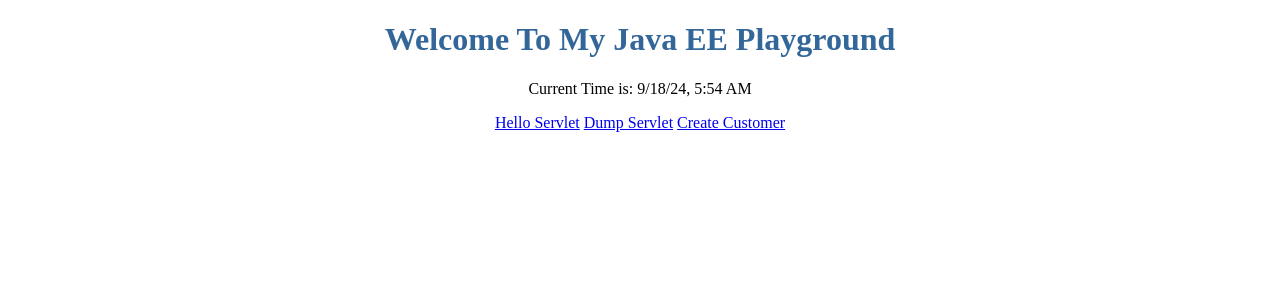
Repository: stanleydk4/JAVA_EE
Page: http://localhost/myWeb/
An editor plug-in stored every save of this project. The page is shown before and after the next save, followed by the edit.
The browser window is 1280 px wide. The pictures show the whole page.
The page is served by Tomcat 10. Other server files are loaded and not shown.

Above is the page before, as saved 2024-09-19 02:17:59.

### myWeb/src/main/webapp/index.jsp
<%@page import="java.text.SimpleDateFormat"%>
<%@page import="java.util.Date"%>
<%@ page language="java" contentType="text/html; charset=UTF-8"
    pageEncoding="UTF-8"%>
<!DOCTYPE html>
<html>
<head>
<meta charset="UTF-8">
<title>Welcome</title>
<link href="style/myStyle.css" rel="stylesheet" ></link>
</head>
<body>
	<h1>Welcome To My Java EE Playground</h1>
	<p>Current Time is: <%= SimpleDateFormat.getInstance().format(new Date()) %></p>
	<p>
		<a href ="admin/hello.aspx">Hello Servlet</a>
		<a href ="admin/dump.view">Dump Servlet</a>
		<a href ="customer/createCustomer.jsp">Create Customer</a>
	</p>
</body>
</html>

### myWeb/src/main/webapp/style/myStyle.css
@charset "UTF-8";
body {
	text-align: center;
	margin: auto;
}
h1,h2 {
	color:#369;
}

After the next save:
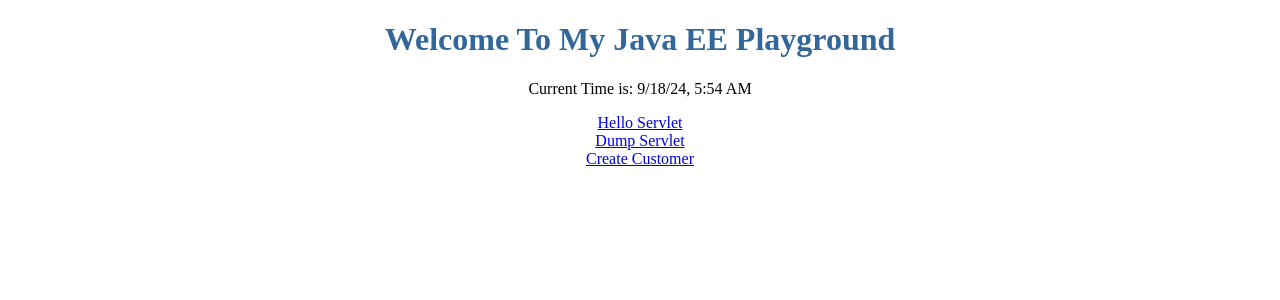
Saved 33 s later.
--- a/myWeb/src/main/webapp/index.jsp
+++ b/myWeb/src/main/webapp/index.jsp
@@ -13,8 +13,8 @@
 	<h1>Welcome To My Java EE Playground</h1>
 	<p>Current Time is: <%= SimpleDateFormat.getInstance().format(new Date()) %></p>
 	<p>
-		<a href ="admin/hello.aspx">Hello Servlet</a>
-		<a href ="admin/dump.view">Dump Servlet</a>
+		<a href ="admin/hello.aspx">Hello Servlet</a><br/>
+		<a href ="admin/dump.view">Dump Servlet</a><br/>
 		<a href ="customer/createCustomer.jsp">Create Customer</a>
 	</p>
 </body>
